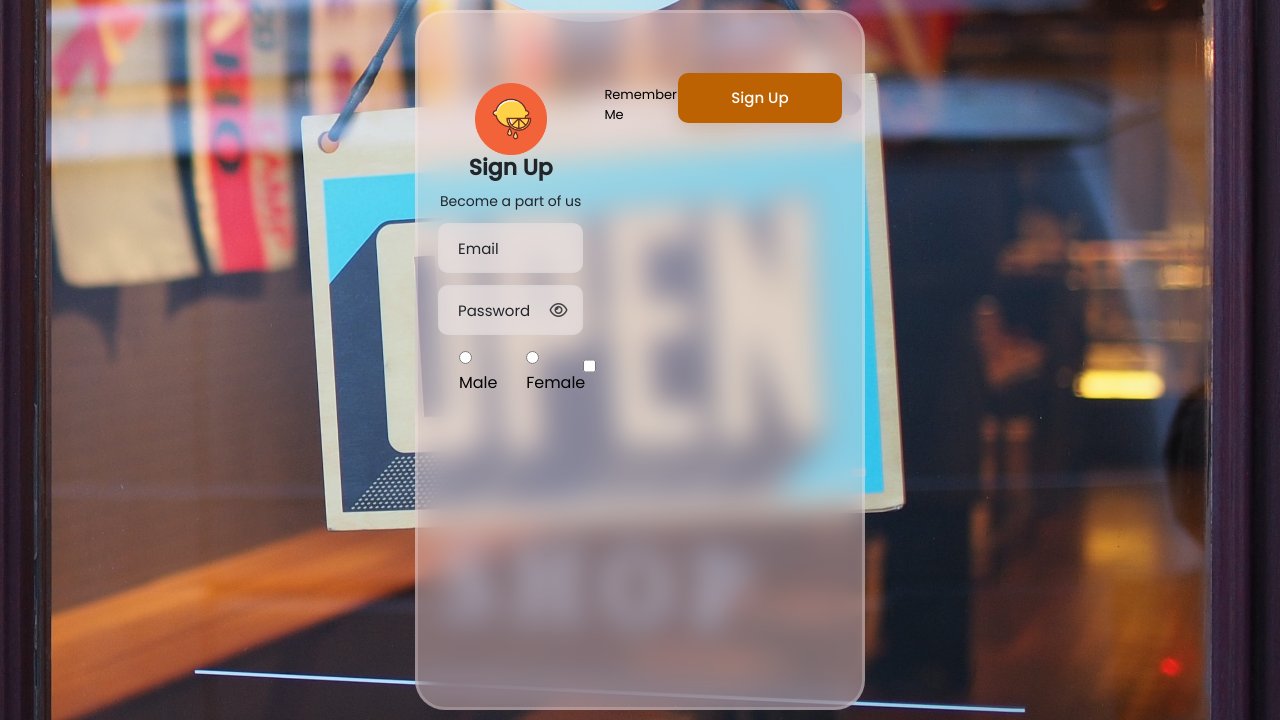
Repository: MauDucKG/BigFarm
Page: http://localhost/BigFarm/views/main/login/index.php
These files come from the project's save history. The page is drawn as it stood at one moment and after the next save; the edit follows.
The browser window is 1280 px wide. The pictures show the whole page.
Some web libraries are served in a nearby version. The page is run by PHP 8.4 with error messages shown; the project is at /var/www/html/.

Above is the page before, as saved 2023-04-26 22:51:34.

After the next save:
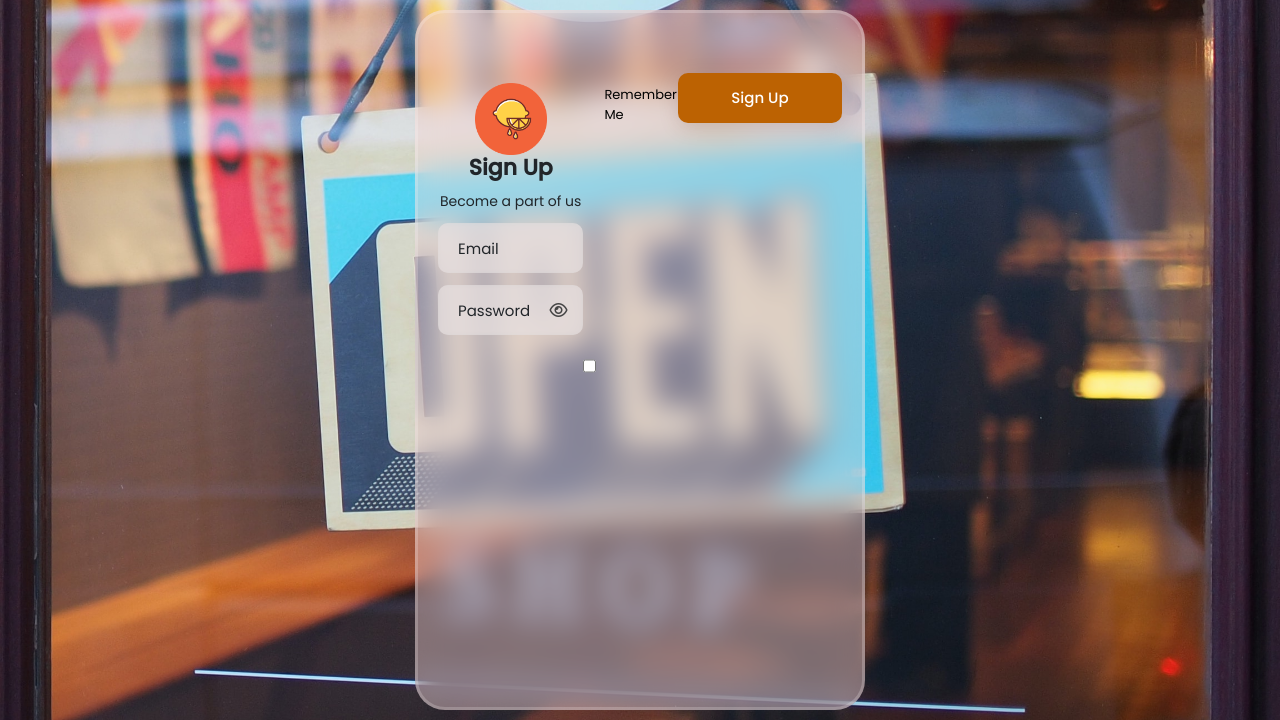
Saved 11 s later.
--- a/views/main/login/index.php
+++ b/views/main/login/index.php
@@ -33,16 +33,6 @@
                                 </div>
                          </div>
                     </div>
-                    <div class="gender-box">
-                        <div class="gender-container">
-                            <input type="radio" class="gender-choice" name="gender" value="1" required>
-                            <label>Male</label>
-                        </div>
-                        <div class="gender-container">
-                            <input type="radio" class="gender-choice" name="gender" value="0" required>
-                            <label>Female</label>
-                        </div>
-                    </div>
 				</div>
                     <div class="remember">
                         <input type="checkbox" id="formCheck-2" class="check">
